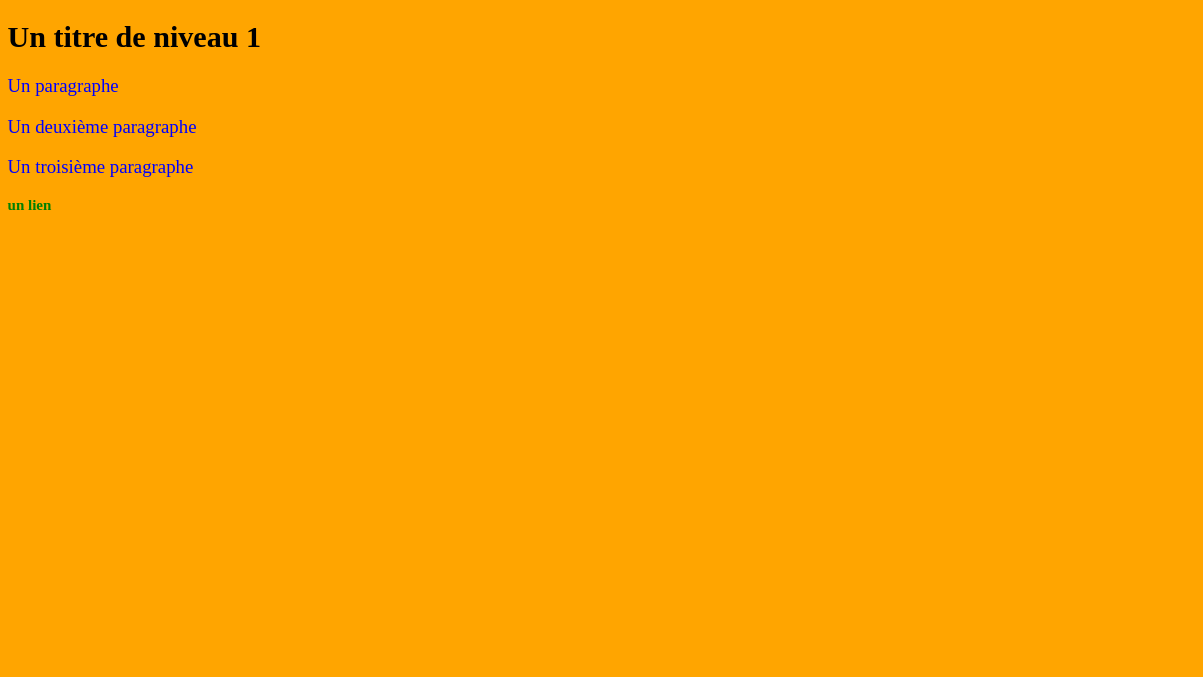
Repository: serviceshuios/-git-reference-java-lyon-worspace
Page: workspaceWeb/MaPremierePage/WebContent/htmlEtCss.html
These files come from the project's save history. The page is drawn as it stood at one moment and after the next save; the edit follows.
The browser window is 1280 px wide. The pictures show the whole page, at 94% of full size.

Above is the page before, as saved 2017-04-03 13:17:11.

### workspaceWeb/MaPremierePage/WebContent/htmlEtCss.html
<!DOCTYPE html>
<html>
	<head>
		<meta charset="UTF-8">
		<title>HTML et CSS</title>
		<link rel="stylesheet" href="css/style.css" />
	</head>
	<body>
		<h1>Un titre de niveau 1</h1>
		<p>Un paragraphe</p>
		<p>Un deuxième paragraphe</p>
		<p>Un troisième paragraphe</p>
		<a href="#">un lien</a>
	</body>
</html>

### workspaceWeb/MaPremierePage/WebContent/css/style.css
@CHARSET "UTF-8";
body {
	/* couleur de fond*/
	background-color: orange;
}
p {
	/*couleur de la police*/
	color: blue;
	/*type de police*/
	font-family: cursive;
	/*taille de la police*/
	font-size: 20px;
}
a{
	color:green;
	font-weight: bold;
	text-decoration: none;
}

After the next save:
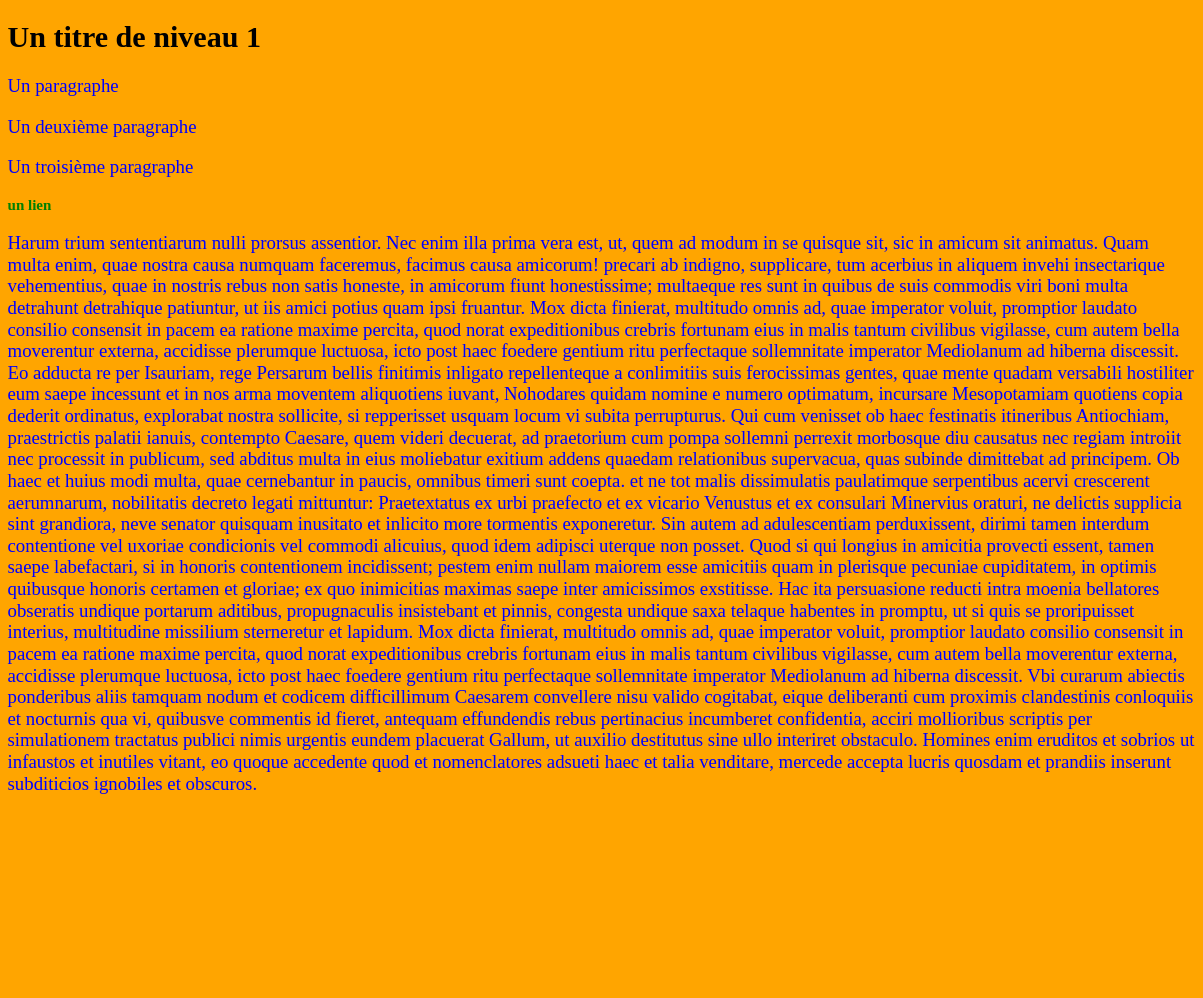
Saved 9 min 9 s later.
--- a/workspaceWeb/MaPremierePage/WebContent/htmlEtCss.html
+++ b/workspaceWeb/MaPremierePage/WebContent/htmlEtCss.html
@@ -11,5 +11,26 @@
 		<p>Un deuxième paragraphe</p>
 		<p>Un troisième paragraphe</p>
 		<a href="#">un lien</a>
+		<p>
+		Harum trium sententiarum nulli prorsus assentior. Nec enim illa prima vera est, ut, quem ad modum in se quisque sit, sic in amicum sit animatus. Quam multa enim, quae nostra causa numquam faceremus, facimus causa amicorum! precari ab indigno, supplicare, tum acerbius in aliquem invehi insectarique vehementius, quae in nostris rebus non satis honeste, in amicorum fiunt honestissime; multaeque res sunt in quibus de suis commodis viri boni multa detrahunt detrahique patiuntur, ut iis amici potius quam ipsi fruantur.
+
+Mox dicta finierat, multitudo omnis ad, quae imperator voluit, promptior laudato consilio consensit in pacem ea ratione maxime percita, quod norat expeditionibus crebris fortunam eius in malis tantum civilibus vigilasse, cum autem bella moverentur externa, accidisse plerumque luctuosa, icto post haec foedere gentium ritu perfectaque sollemnitate imperator Mediolanum ad hiberna discessit.
+
+Eo adducta re per Isauriam, rege Persarum bellis finitimis inligato repellenteque a conlimitiis suis ferocissimas gentes, quae mente quadam versabili hostiliter eum saepe incessunt et in nos arma moventem aliquotiens iuvant, Nohodares quidam nomine e numero optimatum, incursare Mesopotamiam quotiens copia dederit ordinatus, explorabat nostra sollicite, si repperisset usquam locum vi subita perrupturus.
+
+Qui cum venisset ob haec festinatis itineribus Antiochiam, praestrictis palatii ianuis, contempto Caesare, quem videri decuerat, ad praetorium cum pompa sollemni perrexit morbosque diu causatus nec regiam introiit nec processit in publicum, sed abditus multa in eius moliebatur exitium addens quaedam relationibus supervacua, quas subinde dimittebat ad principem.
+
+Ob haec et huius modi multa, quae cernebantur in paucis, omnibus timeri sunt coepta. et ne tot malis dissimulatis paulatimque serpentibus acervi crescerent aerumnarum, nobilitatis decreto legati mittuntur: Praetextatus ex urbi praefecto et ex vicario Venustus et ex consulari Minervius oraturi, ne delictis supplicia sint grandiora, neve senator quisquam inusitato et inlicito more tormentis exponeretur.
+
+Sin autem ad adulescentiam perduxissent, dirimi tamen interdum contentione vel uxoriae condicionis vel commodi alicuius, quod idem adipisci uterque non posset. Quod si qui longius in amicitia provecti essent, tamen saepe labefactari, si in honoris contentionem incidissent; pestem enim nullam maiorem esse amicitiis quam in plerisque pecuniae cupiditatem, in optimis quibusque honoris certamen et gloriae; ex quo inimicitias maximas saepe inter amicissimos exstitisse.
+
+Hac ita persuasione reducti intra moenia bellatores obseratis undique portarum aditibus, propugnaculis insistebant et pinnis, congesta undique saxa telaque habentes in promptu, ut si quis se proripuisset interius, multitudine missilium sterneretur et lapidum.
+
+Mox dicta finierat, multitudo omnis ad, quae imperator voluit, promptior laudato consilio consensit in pacem ea ratione maxime percita, quod norat expeditionibus crebris fortunam eius in malis tantum civilibus vigilasse, cum autem bella moverentur externa, accidisse plerumque luctuosa, icto post haec foedere gentium ritu perfectaque sollemnitate imperator Mediolanum ad hiberna discessit.
+
+Vbi curarum abiectis ponderibus aliis tamquam nodum et codicem difficillimum Caesarem convellere nisu valido cogitabat, eique deliberanti cum proximis clandestinis conloquiis et nocturnis qua vi, quibusve commentis id fieret, antequam effundendis rebus pertinacius incumberet confidentia, acciri mollioribus scriptis per simulationem tractatus publici nimis urgentis eundem placuerat Gallum, ut auxilio destitutus sine ullo interiret obstaculo.
+
+Homines enim eruditos et sobrios ut infaustos et inutiles vitant, eo quoque accedente quod et nomenclatores adsueti haec et talia venditare, mercede accepta lucris quosdam et prandiis inserunt subditicios ignobiles et obscuros.
+		</p>
 	</body>
 </html>

After the save that followed:
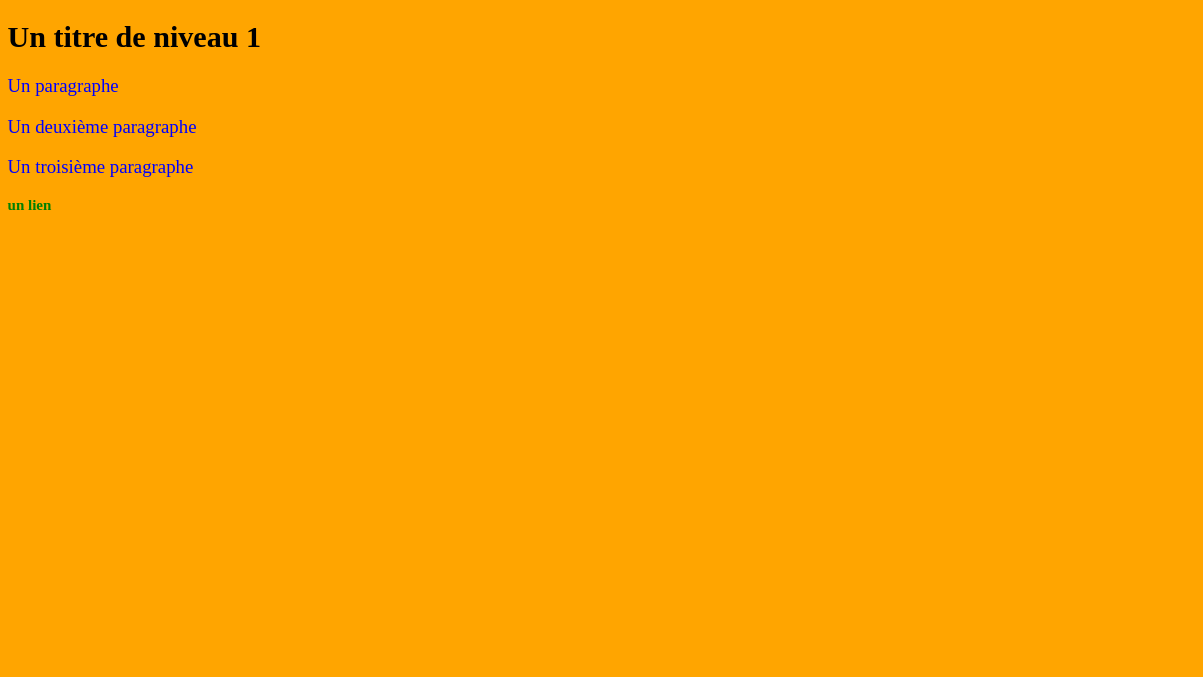
Saved 32 s later.
--- a/workspaceWeb/MaPremierePage/WebContent/htmlEtCss.html
+++ b/workspaceWeb/MaPremierePage/WebContent/htmlEtCss.html
@@ -12,25 +12,6 @@
 		<p>Un troisième paragraphe</p>
 		<a href="#">un lien</a>
 		<p>
-		Harum trium sententiarum nulli prorsus assentior. Nec enim illa prima vera est, ut, quem ad modum in se quisque sit, sic in amicum sit animatus. Quam multa enim, quae nostra causa numquam faceremus, facimus causa amicorum! precari ab indigno, supplicare, tum acerbius in aliquem invehi insectarique vehementius, quae in nostris rebus non satis honeste, in amicorum fiunt honestissime; multaeque res sunt in quibus de suis commodis viri boni multa detrahunt detrahique patiuntur, ut iis amici potius quam ipsi fruantur.
-
-Mox dicta finierat, multitudo omnis ad, quae imperator voluit, promptior laudato consilio consensit in pacem ea ratione maxime percita, quod norat expeditionibus crebris fortunam eius in malis tantum civilibus vigilasse, cum autem bella moverentur externa, accidisse plerumque luctuosa, icto post haec foedere gentium ritu perfectaque sollemnitate imperator Mediolanum ad hiberna discessit.
-
-Eo adducta re per Isauriam, rege Persarum bellis finitimis inligato repellenteque a conlimitiis suis ferocissimas gentes, quae mente quadam versabili hostiliter eum saepe incessunt et in nos arma moventem aliquotiens iuvant, Nohodares quidam nomine e numero optimatum, incursare Mesopotamiam quotiens copia dederit ordinatus, explorabat nostra sollicite, si repperisset usquam locum vi subita perrupturus.
-
-Qui cum venisset ob haec festinatis itineribus Antiochiam, praestrictis palatii ianuis, contempto Caesare, quem videri decuerat, ad praetorium cum pompa sollemni perrexit morbosque diu causatus nec regiam introiit nec processit in publicum, sed abditus multa in eius moliebatur exitium addens quaedam relationibus supervacua, quas subinde dimittebat ad principem.
-
-Ob haec et huius modi multa, quae cernebantur in paucis, omnibus timeri sunt coepta. et ne tot malis dissimulatis paulatimque serpentibus acervi crescerent aerumnarum, nobilitatis decreto legati mittuntur: Praetextatus ex urbi praefecto et ex vicario Venustus et ex consulari Minervius oraturi, ne delictis supplicia sint grandiora, neve senator quisquam inusitato et inlicito more tormentis exponeretur.
-
-Sin autem ad adulescentiam perduxissent, dirimi tamen interdum contentione vel uxoriae condicionis vel commodi alicuius, quod idem adipisci uterque non posset. Quod si qui longius in amicitia provecti essent, tamen saepe labefactari, si in honoris contentionem incidissent; pestem enim nullam maiorem esse amicitiis quam in plerisque pecuniae cupiditatem, in optimis quibusque honoris certamen et gloriae; ex quo inimicitias maximas saepe inter amicissimos exstitisse.
-
-Hac ita persuasione reducti intra moenia bellatores obseratis undique portarum aditibus, propugnaculis insistebant et pinnis, congesta undique saxa telaque habentes in promptu, ut si quis se proripuisset interius, multitudine missilium sterneretur et lapidum.
-
-Mox dicta finierat, multitudo omnis ad, quae imperator voluit, promptior laudato consilio consensit in pacem ea ratione maxime percita, quod norat expeditionibus crebris fortunam eius in malis tantum civilibus vigilasse, cum autem bella moverentur externa, accidisse plerumque luctuosa, icto post haec foedere gentium ritu perfectaque sollemnitate imperator Mediolanum ad hiberna discessit.
-
-Vbi curarum abiectis ponderibus aliis tamquam nodum et codicem difficillimum Caesarem convellere nisu valido cogitabat, eique deliberanti cum proximis clandestinis conloquiis et nocturnis qua vi, quibusve commentis id fieret, antequam effundendis rebus pertinacius incumberet confidentia, acciri mollioribus scriptis per simulationem tractatus publici nimis urgentis eundem placuerat Gallum, ut auxilio destitutus sine ullo interiret obstaculo.
-
-Homines enim eruditos et sobrios ut infaustos et inutiles vitant, eo quoque accedente quod et nomenclatores adsueti haec et talia venditare, mercede accepta lucris quosdam et prandiis inserunt subditicios ignobiles et obscuros.
 		</p>
 	</body>
 </html>
